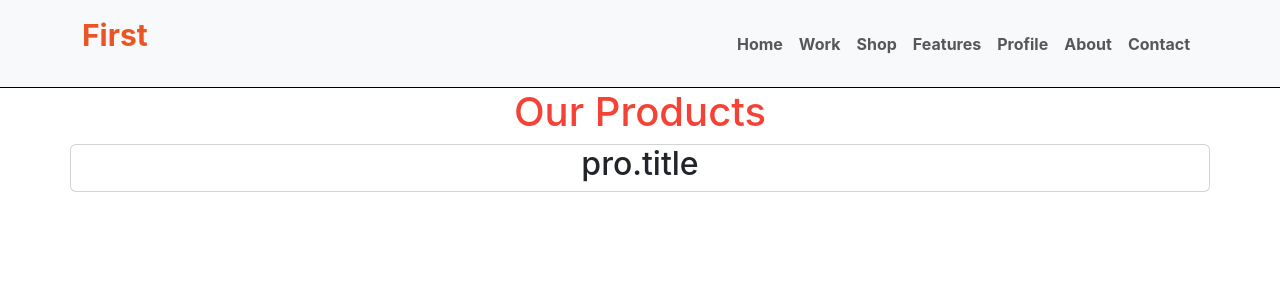
Repository: Hager-h/temple
Page: /shop
These files come from the project's save history. The page is drawn as it stood at one moment and after a run of saves; the edit follows.
The browser window is 1280 px wide. The pictures show the whole page.
The page's requests for data from a server got no answer. The project was rebuilt for these pictures with package versions that can differ from the ones it lists, and the page was loaded fresh each time. No one was signed in, and anything a server would have sent is missing. Also part of the build but not shown: src/components/work/work.css, src/components/hook/Hook.js, src/components/work/Work.js, src/components/hook2/Hook2.js, src/components/portfolio/Portfolio.js, src/components/footer/Footer.js, src/components/social/Social.js, src/components/about/About.js and 4 more.

Above is the page before, as saved 2023-07-14 06:40:46.

After the next 5 saves:
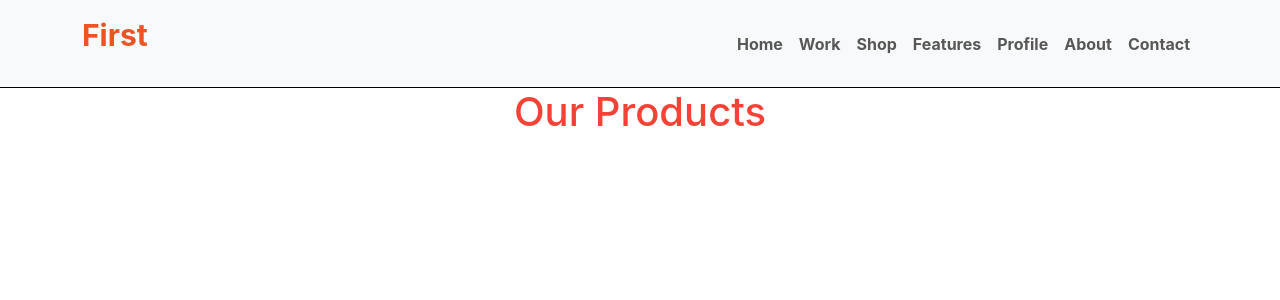
The 5 saves are shown as one change because they came seconds apart.
The last was saved 25 s later.
--- a/src/components/Shop/Shop.js
+++ b/src/components/Shop/Shop.js
@@ -15,16 +15,16 @@ const [products,setproducts]=useState([])
 },[])
 
   const dataListProd = products.map((pro) => {
+    <div className="card">
+      <h2>pro.title</h2>
 
+      </div>
 })
   return (
     <div className="cards container ">
     <div className="row ">
     <h1>Our Products</h1>
-      <div className="card">
-      <h2>pro.title</h2>
-
-      </div>
+    {dataListProd}
     </div>
     </div>
   )
